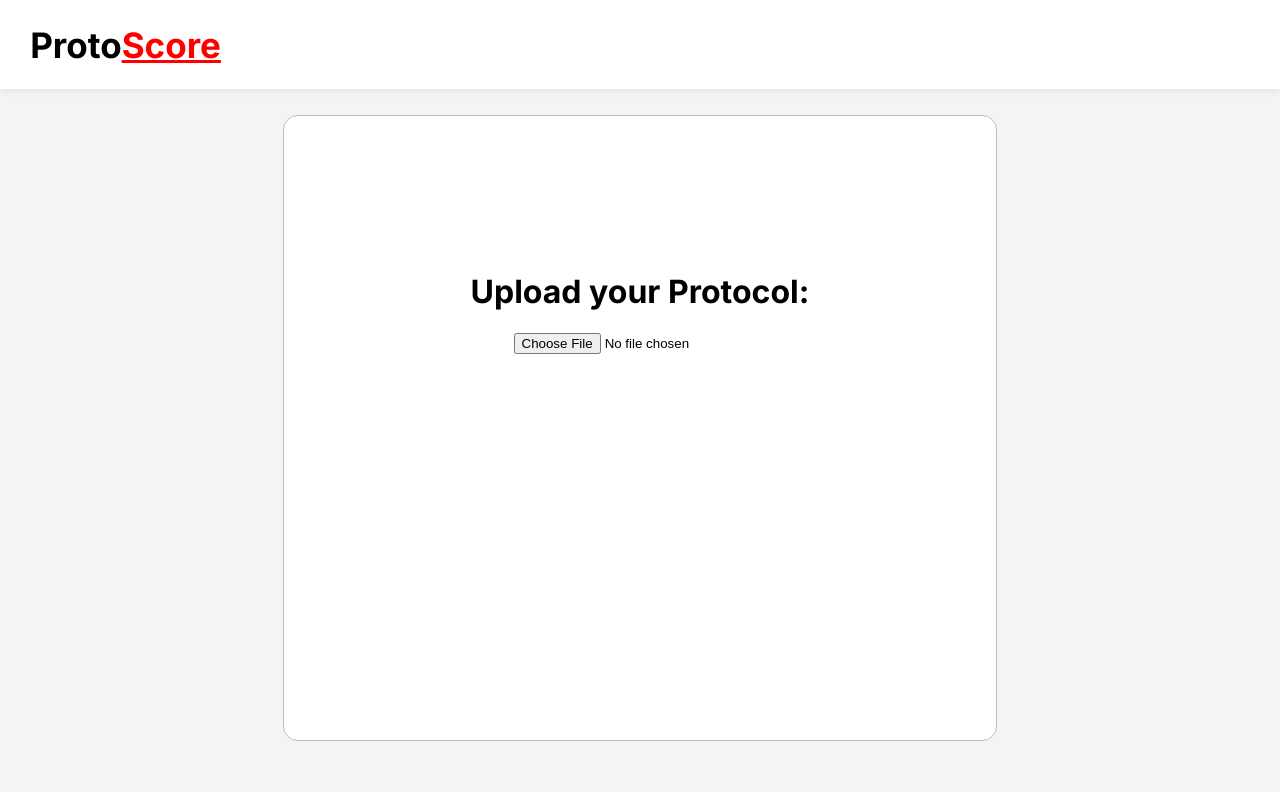
Repository: evanc108/Regeneron2024
Page: / (app in regeneron/)
These files come from the project's save history. The page is drawn as it stood at one moment and after the next save; the edit follows.
The browser window is 1280 px wide. The pictures show the whole page.
The project was rebuilt for these pictures with package versions that can differ from the ones it lists, and the page was loaded fresh each time.

Above is the page before, as saved 2024-05-14 02:00:30.

### regeneron/src/App.js
import './App.css';
import React, { useState } from 'react';
import Feedback from './pages/Feedback';


function App() {
  return (
    <div className="App">
      <div style={{backgroundColor: "white", width: "100%", padding: "0.2px", boxShadow: "0px 0px 10px rgba(0, 0, 0, 0.1)"}}>
        <h1 style={{ marginLeft: "30px", fontSize: "35px", textAlign: "left"}}>
          <span style={{color: "black"}}>Proto</span>
          <span style={{color: "red", textDecoration: "underline"}}>Score</span>
        </h1>
      </div>


      {/* <input value={inputValue} onChange={handleChange}></input>
      <button onClick={sendRequest}>Click me</button>
      <div>
        <p>Physical Burden: {burden.physical}</p>
        <p>Logistical Burden: {burden.logistical}</p>
        <p>Financial: {burden.financial}</p>
        <p>Psychological Burden: {burden.psychological}</p>
      </div> */}
      <Feedback></Feedback>
    </div>
  );
}

export default App;

### regeneron/src/App.css
.App {
  text-align: center;
  background-color: #f4f4f4;
  margin: 0;
  height: 110vh;
}

body {
  font-family: 'Inter', sans-serif;
  margin: 0;
  padding: 0;
  height: 110vh;
}

.App-logo {
  height: 40vmin;
  pointer-events: none;
}

@media (prefers-reduced-motion: no-preference) {
  .App-logo {
    animation: App-logo-spin infinite 20s linear;
  }
}

.App-header {
  background-color: #282c34;
  min-height: 100vh;
  display: flex;
  flex-direction: column;
  align-items: center;
  justify-content: center;
  font-size: calc(10px + 2vmin);
  color: white;
}

.App-link {
  color: #61dafb;
}

@keyframes App-logo-spin {
  from {
    transform: rotate(0deg);
  }
  to {
    transform: rotate(360deg);
  }
}

### regeneron/src/pages/Feedback.js
import React, { useState } from 'react';
import '../styles/feedback.css';
import { handleExtraction } from '../openAIServices';
import { PropagateLoader } from 'react-spinners';

function Feedback() {
    const [fileUploaded, setFileUploaded] = useState(false);
    const [loading, setLoading] = useState(false);
    const [burden, setBurden] = useState({});
    const [pdfUrl, setPdfUrl] = useState("");

    const handleFileUpload = async (text) => {
        setLoading(true);
        // Uncomment and use when API is connected
        // const response = await handleExtraction(text);
        // setBurden(response);
        setFileUploaded(true);
        setLoading(false);
    };

    function extractText(event) {
        const file = event.target.files[0];
        if (file) {
            const url = URL.createObjectURL(file);
            setPdfUrl(url);
            setFileUploaded(true);

            const reader = new FileReader();
            reader.onload = async (e) => {
                const text = await reader.result;
                console.log(text);
                handleFileUpload(text);
            };
            reader.readAsText(file);
        }
    }

    return (
        <div className="feedback-container">
            <div className="protocol-container">
                {!fileUploaded && !loading && (
                    <div>
                        <h1>Upload your Protocol:</h1>
                        <input
                            type="file"
                            accept=".pdf"
                            onChange={extractText}
                        />
                    </div>
                )}
                {loading && (
                    <div style={{ marginTop: "30px" }}>
                        <h2>Calculating Burden...</h2>
                        <PropagateLoader color="#36d7b7" />
                    </div>
                )}
                {fileUploaded && !loading && (
                    <div className="iframe-container">
                        <iframe src={pdfUrl} style={{ width: '100%', height: '100%' }}></iframe>
                    </div>
                )}
            </div>
            {fileUploaded && !loading && (
                <div className="score-container">
                    <div>
                        <p style={{ fontSize: '17px', fontWeight: '300', marginBottom: '-3px' }}>Burden Score</p>
                        <span style={{ fontSize: '50px', fontWeight: '600' }}>{burden.score || 'N/A'}</span>
                    </div>
                </div>
            )}
        </div>
    );
}

export default Feedback;

### regeneron/src/styles/feedback.css
.feedback-container {
    display: flex;
    flex-direction: row;
    justify-content: center;
    margin-top: -3%;
}

.protocol-container {
    border-color: rgb(189, 189, 189);
    border-width: 1px;
    border-style: solid;
    padding-left: 100px;
    padding-right: 100px;
    width: 40%;
    height: 68vh;
    margin-top: 5%;
    border-radius: 15px;
    background-color: white;
    overflow: hidden;
    padding-top: 10.5%;
}

.score-container {
    border-color: rgb(189, 189, 189);
    border-width: 1px;
    border-style: solid;
    padding: 100px;
    width: 10%;
    height: 65.3vh;
    margin-top: 5%;
    border-radius: 15px;
    background-color: white;
    margin-left: 30px;
}

.score {
    font-size: large;
}

.unique-score {
    font-size: 86px;
    font-weight: 500;
}


.iframe-container {
    top: -28%;
    width: 130%;
    left: -15%;
    height: 150%;  /* Adjust height as needed */
    overflow: hidden;
    position: relative;
}

Loaded but not shown: regeneron/public/index.html (common file); regeneron/src/index.js (common file); regeneron/src/openAIServices.js (no copy from this time; the picture is the same without it)

After the next save:
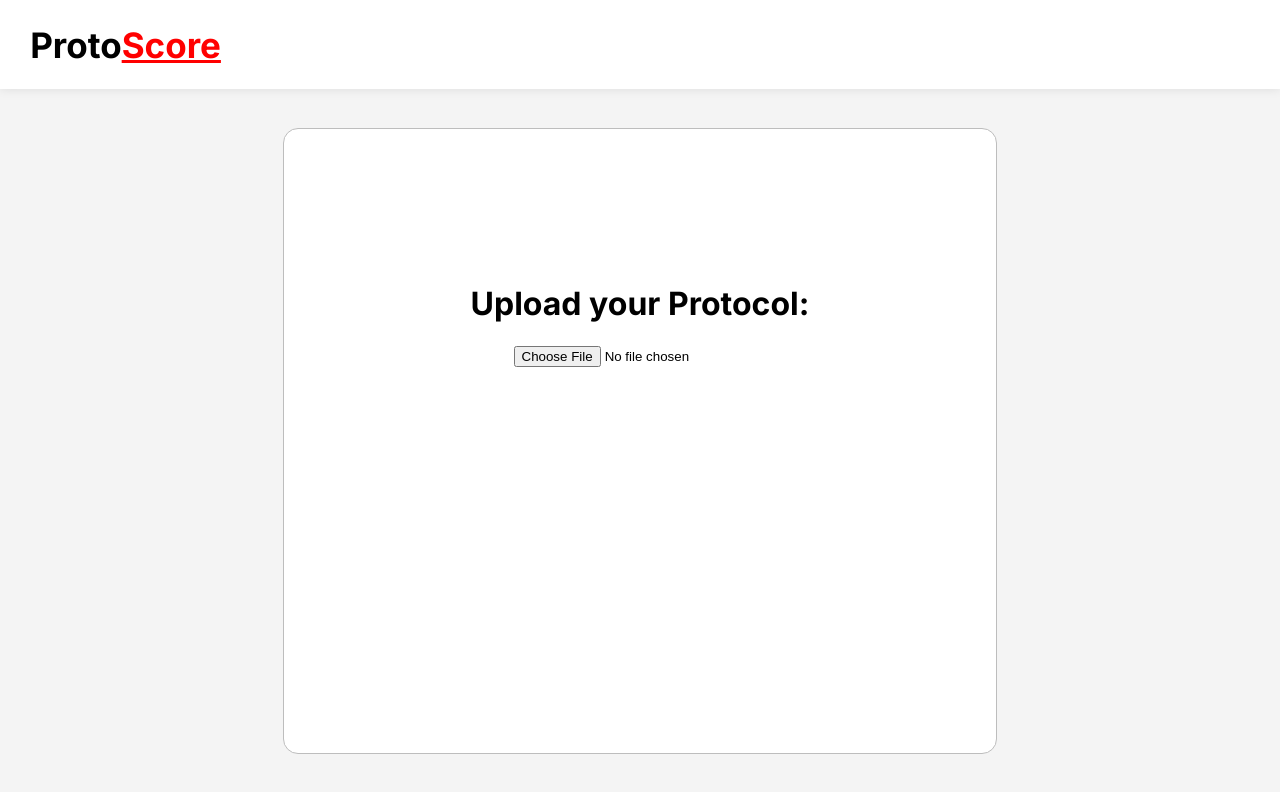
Saved 92 s later.
--- a/regeneron/src/styles/feedback.css
+++ b/regeneron/src/styles/feedback.css
@@ -2,7 +2,7 @@
     display: flex;
     flex-direction: row;
     justify-content: center;
-    margin-top: -3%;
+    margin-top: -2%;
 }
 
 .protocol-container {
